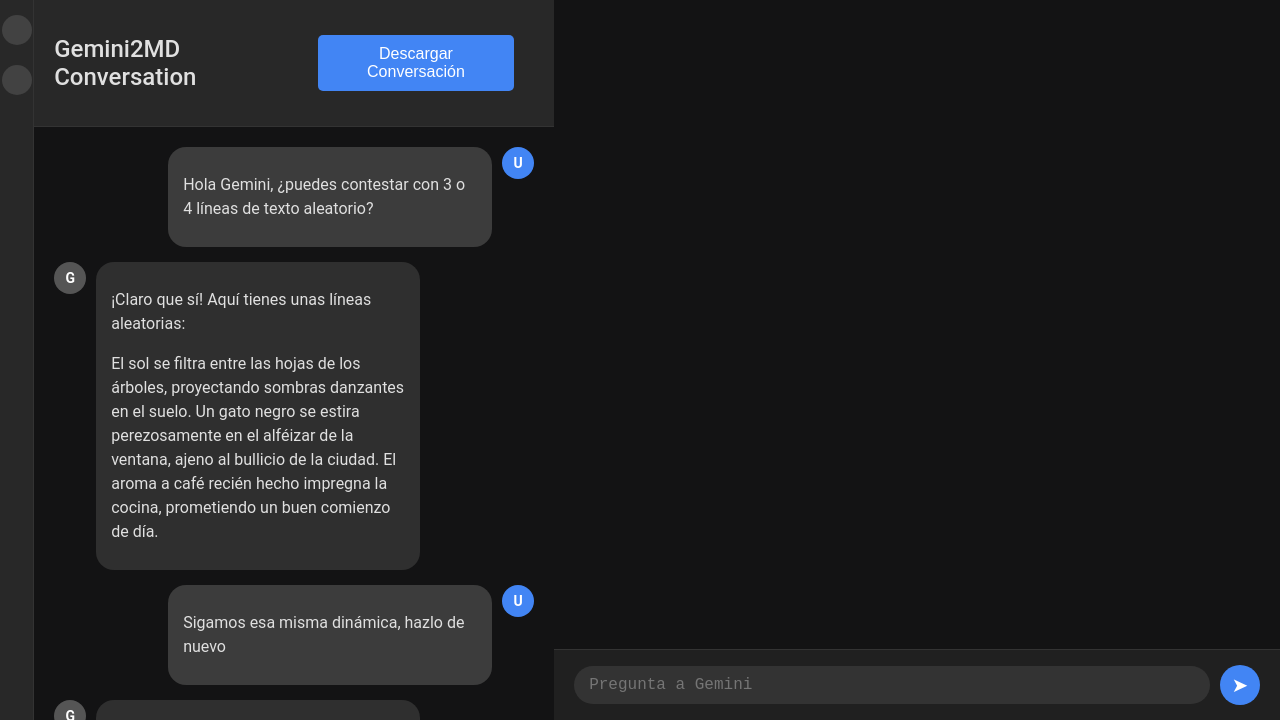
Repository: jealejandro/Gemini2md
Page: web/viewer.html
The author's editor kept a copy of each file at every save. The page is drawn from the files as they stood at one save, then again after the next save.
The browser window is 1280 px wide. The pictures show the whole page.
An inner scrolling area shows only its first screen.

Above is the page before, as saved 2025-06-18 17:34:55.

### web/viewer.html
<!DOCTYPE html>
<html lang="es">
<head>
    <meta charset="UTF-8">
    <meta name="viewport" content="width=device-width, initial-scale=1.0">
    <title>Gemini2MD Viewer</title>
    <style>
        body {
            font-family: 'Google Sans', Roboto, Arial, sans-serif;
            background-color: #131314; /* Fondo más oscuro */
            color: #e0e0e0;
            margin: 0;
            display: flex; /* Para la barra lateral */
            height: 100vh;
            overflow: hidden;
        }
        .sidebar {
            width: 60px; /* Ancho de la barra lateral */
            background-color: #282828; /* Color de la barra lateral */
            padding-top: 15px;
            display: flex;
            flex-direction: column;
            align-items: center;
            border-right: 1px solid #333;
        }
        .sidebar-icon {
            width: 30px;
            height: 30px;
            margin-bottom: 20px;
            background-color: #424242; /* Placeholder para iconos */
            border-radius: 50%;
        }
        .main-content {
            flex-grow: 1;
            display: flex;
            flex-direction: column; /* Apila los elementos verticalmente */
            overflow: hidden;
        }
        .header {
            background-color: #282828; /* Color de la cabecera */
            padding: 15px 20px;
            display: flex;
            align-items: center;
            justify-content: space-between;
            border-bottom: 1px solid #333;
        }
        .header h1 {
            margin: 0;
            font-size: 24px;
            font-weight: 500;
            color: #e0e0e0;
        }
        .chat-container {
            flex-grow: 1;
            overflow-y: auto;
            padding: 20px;
            display: flex;
            flex-direction: column;
            gap: 15px;
            max-width: 900px;
            margin: 0 auto; /* Centra el contenedor de chat */
        }
        .message-row {
            display: flex;
            align-items: flex-start;
            gap: 10px;
        }
        .avatar {
            width: 32px;
            height: 32px;
            border-radius: 50%;
            background-color: #555; /* Color de avatar por defecto */
            display: flex;
            justify-content: center;
            align-items: center;
            font-size: 14px;
            font-weight: bold;
            color: white;
            flex-shrink: 0;
        }
        .message-bubble {
            max-width: calc(70% - 42px); /* Ajusta por el avatar */
            padding: 10px 15px;
            border-radius: 18px;
            line-height: 1.5;
            word-wrap: break-word;
        }
        .user-message-row {
            justify-content: flex-end;
        }
        .user-message-row .message-bubble {
            background-color: #3C3C3C; /* Color de burbuja de usuario */
        }
        .user-message-row .avatar {
            order: 2; /* Mueve el avatar del usuario a la derecha */
            background-color: #4285F4; /* Azul de Google */
        }
        .gemini-message-row .message-bubble {
            background-color: #2F2F2F; /* Color de burbuja de Gemini (distinto del fondo) */
        }
        .download-button {
            background-color: #4285F4;
            color: white;
            border: none;
            padding: 10px 20px;
            border-radius: 5px;
            cursor: pointer;
            font-size: 16px;
            margin: 20px;
            align-self: center;
        }
        .response-box {
            background-color: #202020; /* Color de fondo similar a la caja de texto de Gemini */
            padding: 15px 20px;
            display: flex;
            align-items: center;
            gap: 10px;
            border-top: 1px solid #333;
            width: 100%;
            box-sizing: border-box;
            margin-top: auto; /* Empuja la caja de respuesta al final del contenedor flex */
        }
        .response-box textarea {
            flex-grow: 1;
            background-color: #333333; /* Color de fondo del textarea */
            border: none;
            border-radius: 20px;
            padding: 10px 15px;
            color: #e0e0e0;
            font-size: 16px;
            resize: none; /* Evita que el usuario redimensione el textarea */
            overflow: hidden; /* Oculta el scrollbar */
        }
        .response-box textarea:focus {
            outline: none;
            box-shadow: 0 0 0 2px #4285F4; /* Borde azul al enfocar */
        }
        .send-button {
            background-color: #4285F4;
            color: white;
            border: none;
            border-radius: 50%;
            width: 40px;
            height: 40px;
            display: flex;
            justify-content: center;
            align-items: center;
            font-size: 20px;
            cursor: pointer;
            flex-shrink: 0;
        }
    </style>
</head>
<body>
    <div class="sidebar">
        <div class="sidebar-icon"></div>
        <div class="sidebar-icon"></div>
        <!-- Más iconos si es necesario -->
    </div>
    <div class="main-content">
        <div class="header">
            <h1>Gemini2MD Conversation</h1>
            <button class="download-button" onclick="downloadConversation()">Descargar Conversación</button>
        </div>
        <div class="chat-container" id="chatContainer">
            <!-- Conversation will be loaded here -->
            <div class="message-row user-message-row">
                <div class="avatar">U</div>
                <div class="message-bubble">
                    <p>Hola Gemini, ¿puedes contestar con 3 o 4 líneas de texto aleatorio?</p>
                </div>
            </div>
            <div class="message-row gemini-message-row">
                <div class="avatar">G</div>
                <div class="message-bubble">
                    <p>¡Claro que sí! Aquí tienes unas líneas aleatorias:</p>
                    <p>El sol se filtra entre las hojas de los árboles, proyectando sombras danzantes en el suelo. Un gato negro se estira perezosamente en el alféizar de la ventana, ajeno al bullicio de la ciudad. El aroma a café recién hecho impregna la cocina, prometiendo un buen comienzo de día.</p>
                </div>
            </div>
            <div class="message-row user-message-row">
                <div class="avatar">U</div>
                <div class="message-bubble">
                    <p>Sigamos esa misma dinámica, hazlo de nuevo</p>
                </div>
            </div>
            <div class="message-row gemini-message-row">
                <div class="avatar">G</div>
                <div class="message-bubble">
                    <p>¡Aquí va de nuevo!</p>
                    <p>Un rayo de luna se cuela por la rendija de la persiana, iluminando el polvo que danza en el aire. El silencio de la noche solo se interrumpe por el lejano ulular de un búho. Un libro abierto descansa sobre la mesita de noche, esperando ser retomado.</p>
                </div>
            </div>
        </div>
    </div>

            </div>
            <div class="response-box">
                <textarea placeholder="Pregunta a Gemini" rows="1"></textarea>
                <button class="send-button">➤</button>
            </div>
        </div>
    </div>

    <script>
        function downloadConversation() {
            const chatContainer = document.getElementById('chatContainer');
            // Extraer solo el texto de los párrafos dentro de las burbujas
            let conversationText = '';
            chatContainer.querySelectorAll('.message-bubble p').forEach(p => {
                conversationText += p.innerText + '\n\n';
            });

            const blob = new Blob([conversationText], { type: 'text/plain' });
            const a = document.createElement('a');
            a.href = URL.createObjectURL(blob);
            a.download = 'conversacion_gemini.txt';
            document.body.appendChild(a);
            a.click();
            document.body.removeChild(a);
            URL.revokeObjectURL(a.href);
        }
    </script>
</body>
</html>

After the next save:
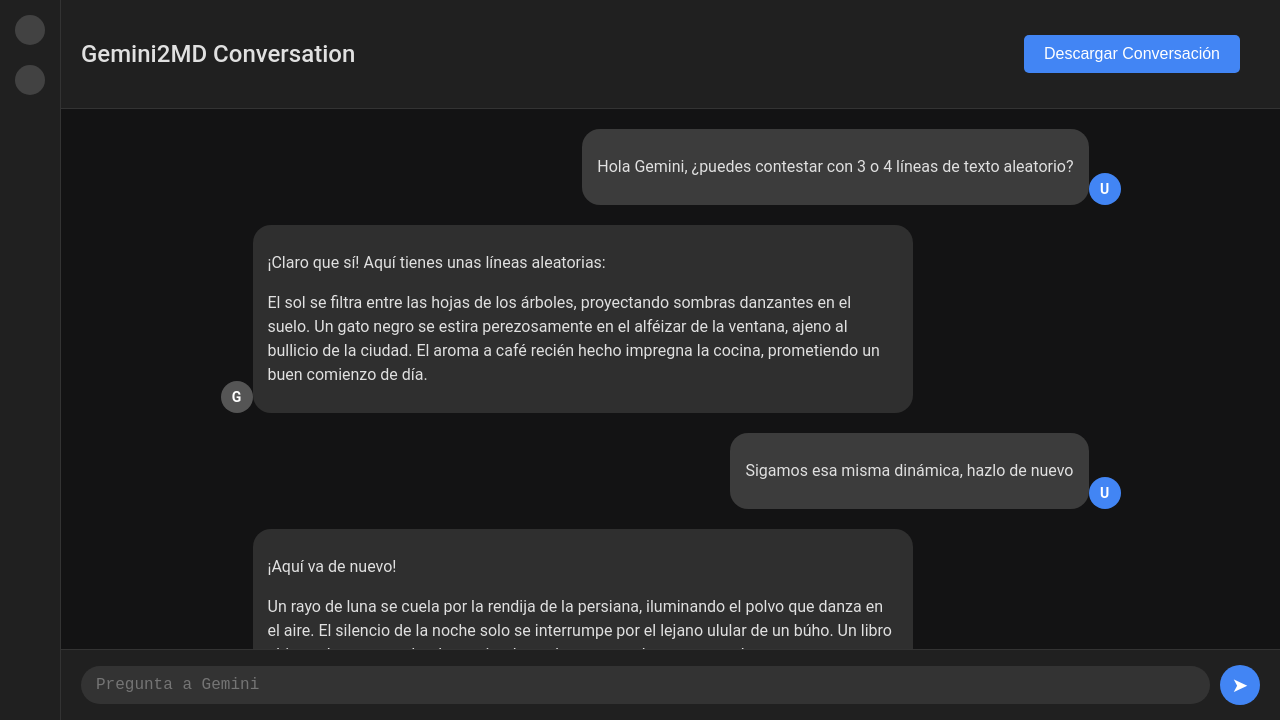
Saved 7 min 42 s later.
--- a/web/viewer.html
+++ b/web/viewer.html
@@ -10,18 +10,19 @@
             background-color: #131314; /* Fondo más oscuro */
             color: #e0e0e0;
             margin: 0;
-            display: flex; /* Para la barra lateral */
+            display: flex; /* Para la barra lateral y el contenido principal */
             height: 100vh;
             overflow: hidden;
         }
         .sidebar {
             width: 60px; /* Ancho de la barra lateral */
-            background-color: #282828; /* Color de la barra lateral */
+            background-color: #202020; /* Color de la barra lateral */
             padding-top: 15px;
             display: flex;
             flex-direction: column;
             align-items: center;
             border-right: 1px solid #333;
+            flex-shrink: 0; /* Evita que la barra lateral se encoja */
         }
         .sidebar-icon {
             width: 30px;
@@ -29,6 +30,7 @@
             margin-bottom: 20px;
             background-color: #424242; /* Placeholder para iconos */
             border-radius: 50%;
+            cursor: pointer;
         }
         .main-content {
             flex-grow: 1;
@@ -37,12 +39,13 @@
             overflow: hidden;
         }
         .header {
-            background-color: #282828; /* Color de la cabecera */
+            background-color: #202020; /* Color de la cabecera */
             padding: 15px 20px;
             display: flex;
             align-items: center;
             justify-content: space-between;
             border-bottom: 1px solid #333;
+            flex-shrink: 0; /* Evita que la cabecera se encoja */
         }
         .header h1 {
             margin: 0;
@@ -62,8 +65,9 @@
         }
         .message-row {
             display: flex;
-            align-items: flex-start;
+            align-items: flex-end; /* Alinea los avatares y el texto en la parte inferior */
             gap: 10px;
+            padding-bottom: 5px; /* Espacio entre filas de mensajes */
         }
         .avatar {
             width: 32px;
@@ -79,21 +83,29 @@
             flex-shrink: 0;
         }
         .message-bubble {
-            max-width: calc(70% - 42px); /* Ajusta por el avatar */
+            max-width: 70%; /* Ajusta el ancho máximo de la burbuja */
             padding: 10px 15px;
             border-radius: 18px;
             line-height: 1.5;
             word-wrap: break-word;
         }
         .user-message-row {
-            justify-content: flex-end;
-        }
-        .user-message-row .message-bubble {
-            background-color: #3C3C3C; /* Color de burbuja de usuario */
+            justify-content: flex-end; /* Empuja el mensaje del usuario a la derecha */
         }
         .user-message-row .avatar {
             order: 2; /* Mueve el avatar del usuario a la derecha */
             background-color: #4285F4; /* Azul de Google */
+            margin-left: -10px; /* Superposición con la burbuja */
+        }
+        .user-message-row .message-bubble {
+            background-color: #3C3C3C; /* Color de burbuja de usuario */
+        }
+        .gemini-message-row {
+            justify-content: flex-start; /* Empuja el mensaje de Gemini a la izquierda */
+        }
+        .gemini-message-row .avatar {
+            background-color: #555; /* Color de avatar de Gemini */
+            margin-right: -10px; /* Superposición con la burbuja */
         }
         .gemini-message-row .message-bubble {
             background-color: #2F2F2F; /* Color de burbuja de Gemini (distinto del fondo) */
@@ -119,6 +131,7 @@
             width: 100%;
             box-sizing: border-box;
             margin-top: auto; /* Empuja la caja de respuesta al final del contenedor flex */
+            flex-shrink: 0; /* Evita que la caja de respuesta se encoja */
         }
         .response-box textarea {
             flex-grow: 1;
@@ -165,10 +178,10 @@
         <div class="chat-container" id="chatContainer">
             <!-- Conversation will be loaded here -->
             <div class="message-row user-message-row">
+                <div class="message-bubble">
+                    <p>Hola Gemini, ¿puedes contestar con 3 o 4 líneas de texto aleatorio?</p>
+                </div>
                 <div class="avatar">U</div>
-                <div class="message-bubble">
-                    <p>Hola Gemini, ¿puedes contestar con 3 o 4 líneas de texto aleatorio?</p>
-                </div>
             </div>
             <div class="message-row gemini-message-row">
                 <div class="avatar">G</div>
@@ -178,10 +191,10 @@
                 </div>
             </div>
             <div class="message-row user-message-row">
+                <div class="message-bubble">
+                    <p>Sigamos esa misma dinámica, hazlo de nuevo</p>
+                </div>
                 <div class="avatar">U</div>
-                <div class="message-bubble">
-                    <p>Sigamos esa misma dinámica, hazlo de nuevo</p>
-                </div>
             </div>
             <div class="message-row gemini-message-row">
                 <div class="avatar">G</div>
@@ -191,13 +204,9 @@
                 </div>
             </div>
         </div>
-    </div>
-
-            </div>
-            <div class="response-box">
-                <textarea placeholder="Pregunta a Gemini" rows="1"></textarea>
-                <button class="send-button">➤</button>
-            </div>
+        <div class="response-box">
+            <textarea placeholder="Pregunta a Gemini" rows="1"></textarea>
+            <button class="send-button">➤</button>
         </div>
     </div>
 
